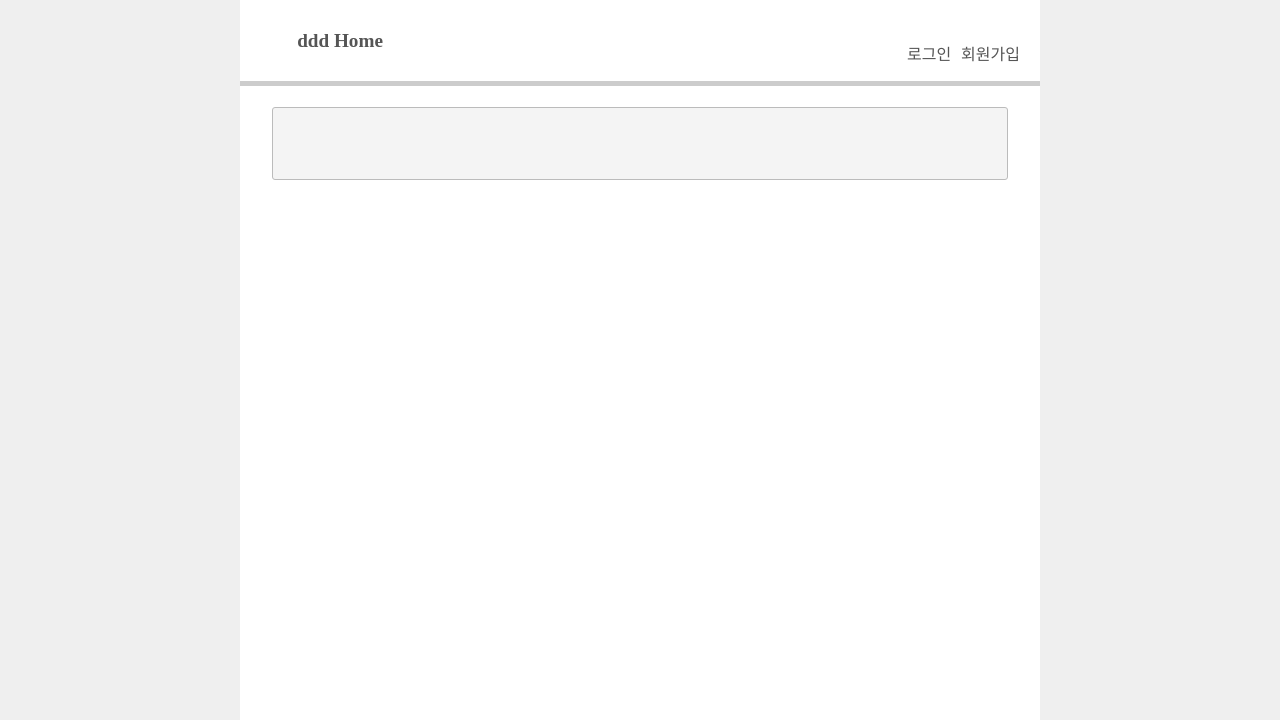
Repository: Deneb0000/JSP
Page: http://localhost/jspPro/days04/ex02.jsp
These files come from the project's save history. The page is drawn as it stood at one moment and after the next save; the edit follows.
The browser window is 1280 px wide. The pictures show the whole page.
Some web fonts or font styles are not loaded; a fallback is used. The page is served by Tomcat 9.

Above is the page before, as saved 2024-10-18 02:49:05.

After the next save:
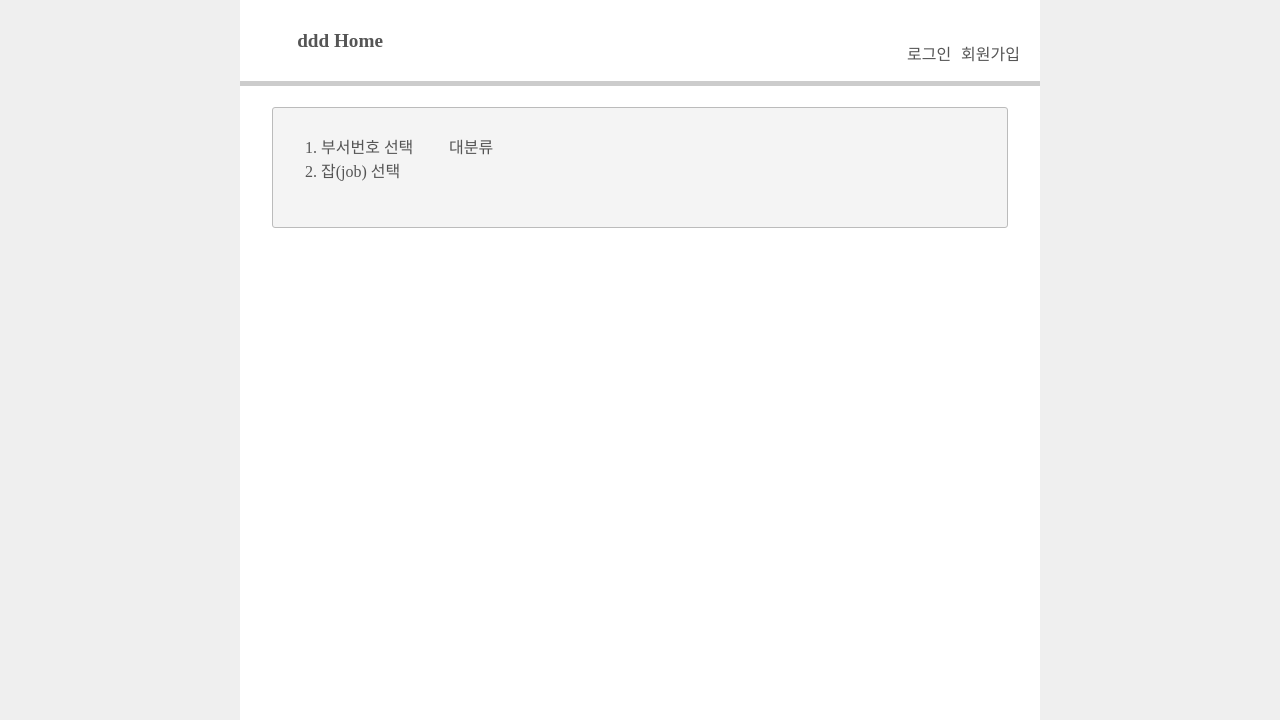
Saved 2 min 34 s later.
--- a/jspPro/src/main/webapp/days04/ex02.jsp
+++ b/jspPro/src/main/webapp/days04/ex02.jsp
@@ -27,6 +27,8 @@
 </header>
 <div>
   <xmp class="code">
+    1. 부서번호 선택 	대분류
+    2. 잡(job) 선택
 
   </xmp>
 </div>
